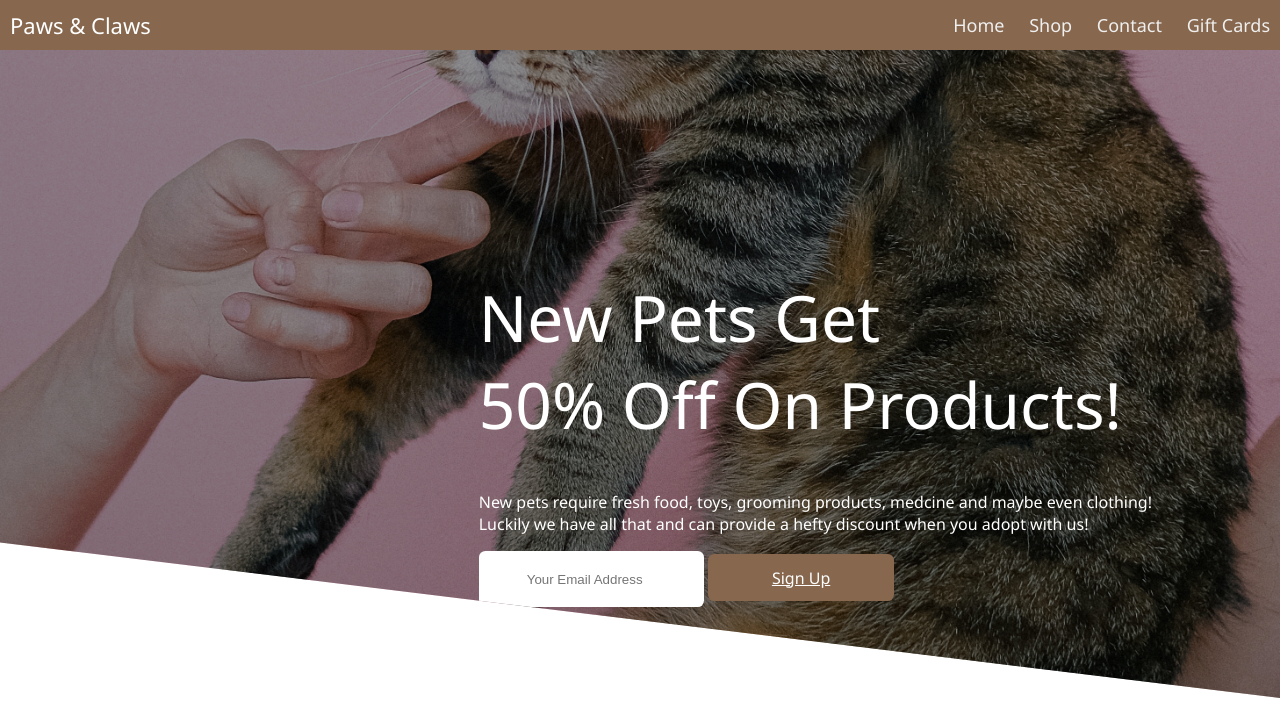
Repository: LtGriff/petProject
Page: dist/about.html
The author's editor kept a copy of each file at every save. The page is drawn from the files as they stood at one save, then again after the next save.
The browser window is 1280 px wide. The pictures show the whole page.

Above is the page before, as saved 2022-05-19 07:44:29.

After the next save:
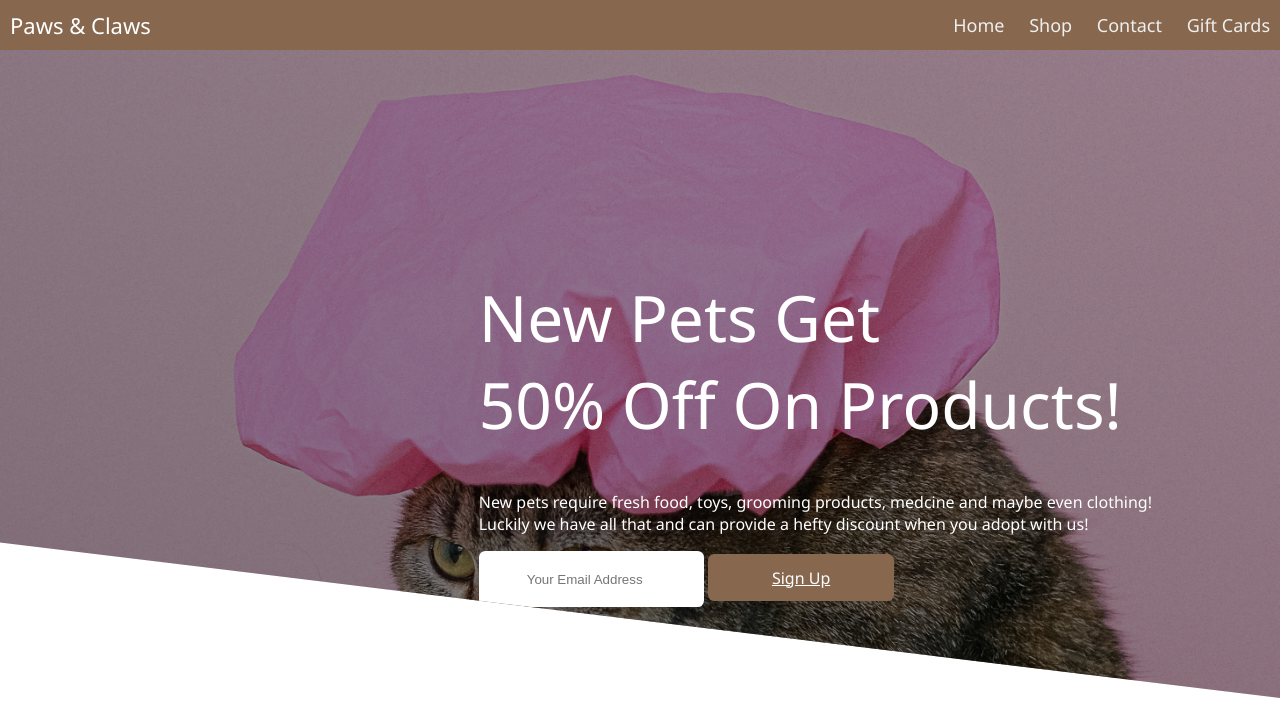
Saved 7 s later.
--- a/dist/CSS/about.css
+++ b/dist/CSS/about.css
@@ -79,7 +79,7 @@
     url("../img/catpink.jpg");
     background-attachment: fixed;
     background-size: cover;
-    background-position: right;
+    background-position: top right;
     position: relative;
     object-fit: cover;
     clip-path: polygon(0% 0%,100% 0%,100% 100%,0% 76%);

After the save that followed:
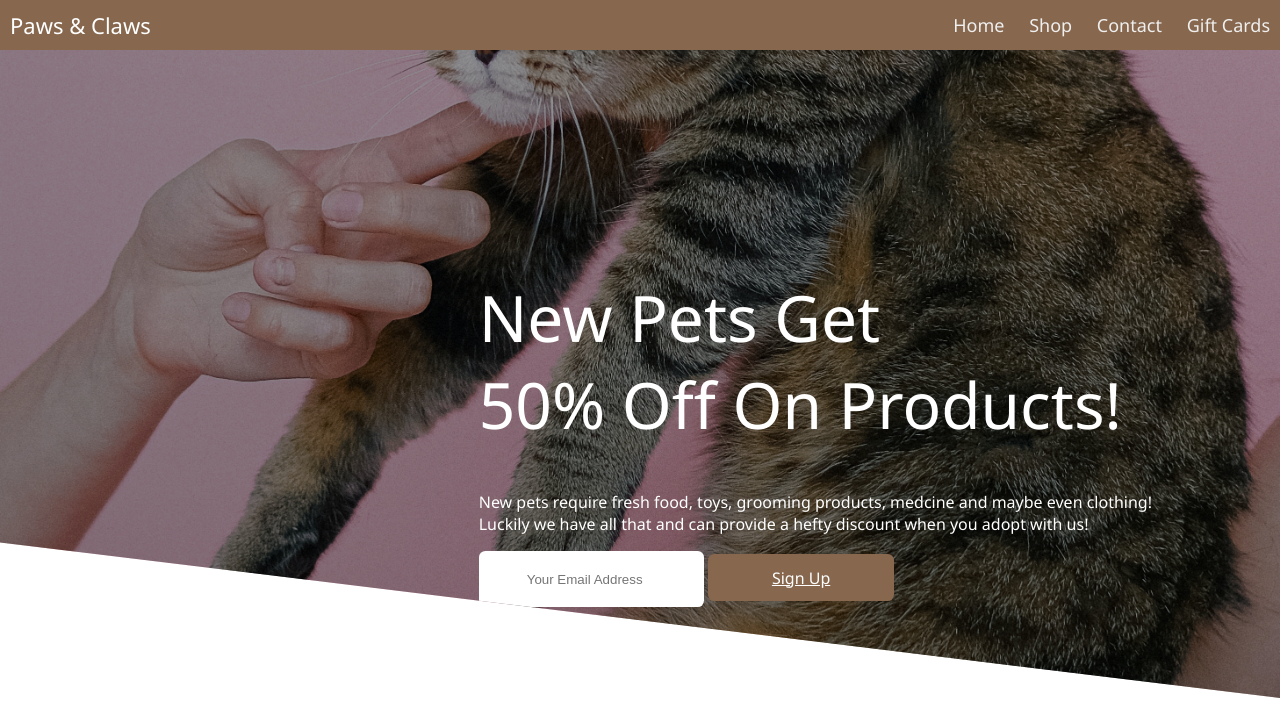
Saved 11 s later.
--- a/dist/CSS/about.css
+++ b/dist/CSS/about.css
@@ -79,7 +79,7 @@
     url("../img/catpink.jpg");
     background-attachment: fixed;
     background-size: cover;
-    background-position: top right;
+    background-position: center right;
     position: relative;
     object-fit: cover;
     clip-path: polygon(0% 0%,100% 0%,100% 100%,0% 76%);
